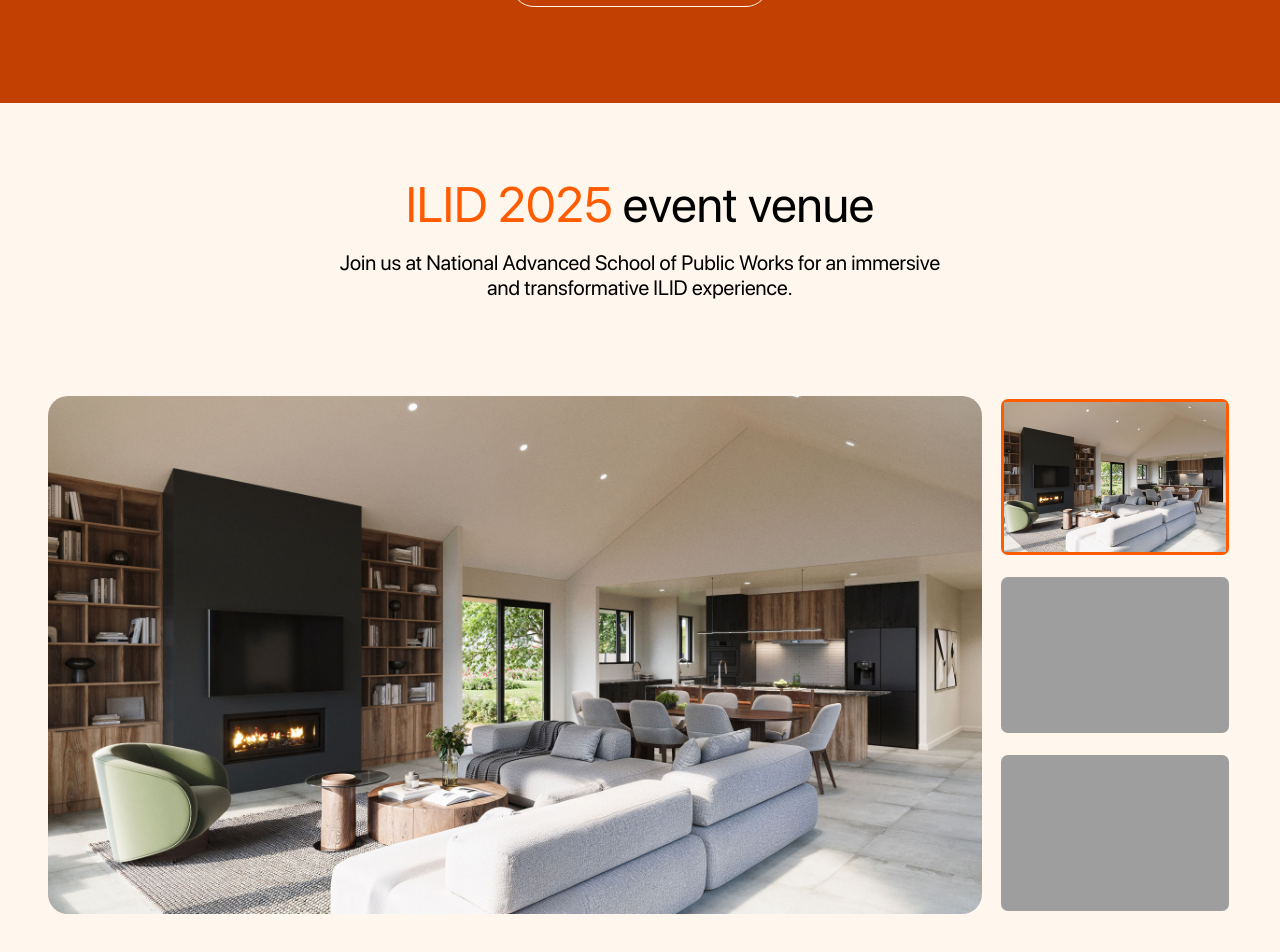
Repository: ilidevent/ilidwebsite
Page: /
An editor plug-in stored every save of this project. The page is shown before and after a run of saves, followed by the edit.
The browser window is 1280 px wide. The pictures show the part of the page from y = 4052 to 5004 px (the page is 5209 px tall).
Pictures or frames that could not be fetched are drawn as grey boxes. The project was rebuilt for these pictures with package versions that can differ from the ones it lists, and the page was loaded fresh each time. The framework's server and built-in components were replaced by stand-ins that run in the browser. Also part of the build but not shown: next.config.ts.

Above is the page before, as saved 2025-03-13 21:21:14.

After the next 14 saves:
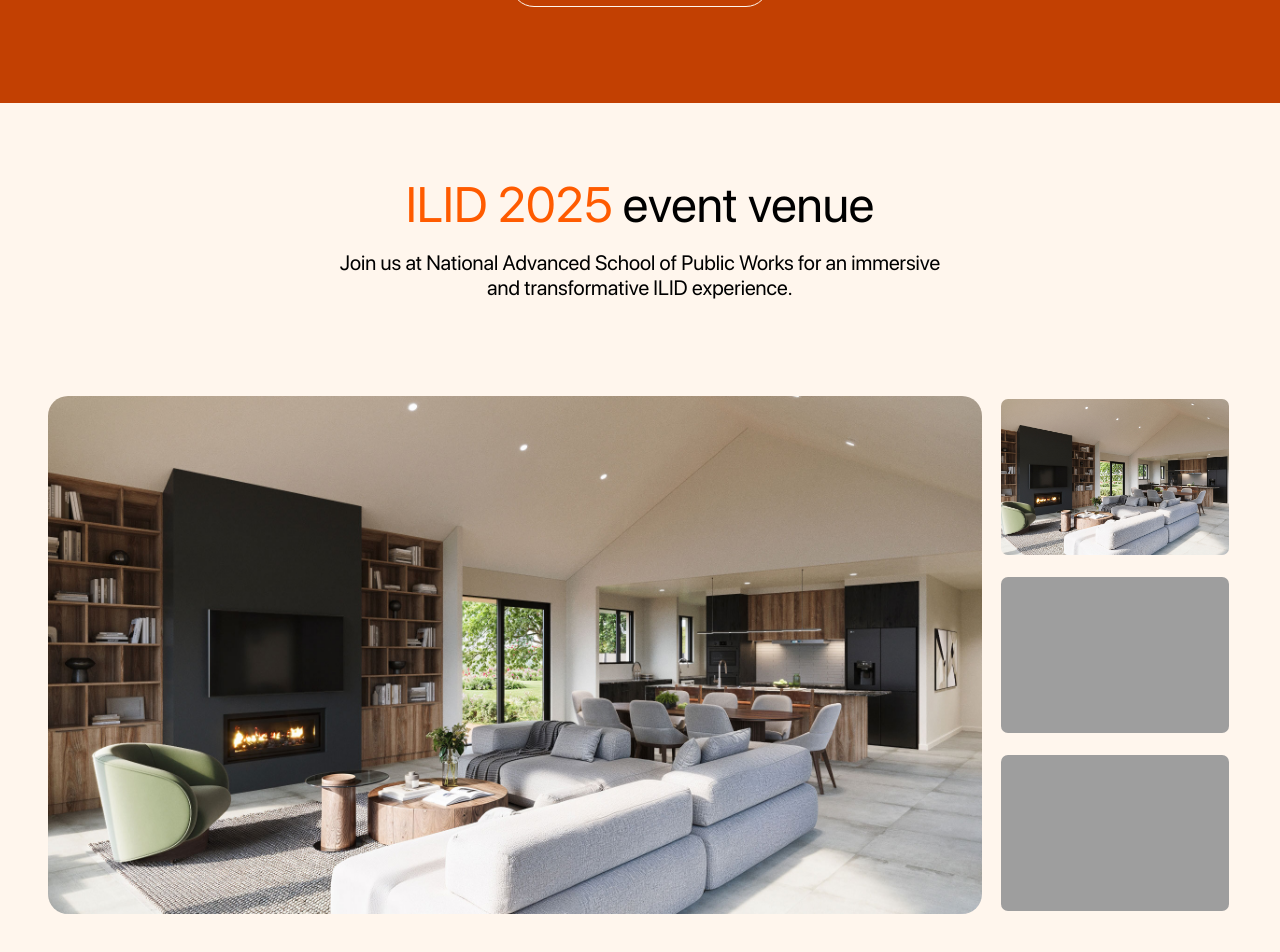
The 14 saves are shown as one change because 2 did not build or start and some came seconds apart.
The last was saved 52 s later.
--- a/components/ReUsables/VenueWrapper.tsx
+++ b/components/ReUsables/VenueWrapper.tsx
@@ -43,11 +43,13 @@ const VenueWrapper = () => {
       </div>
       <div className={styles.venue__right}>
         {venueImages.map((data, i) => (
-          <div className={styles.ivenue__wrapper}>
+          <div
+            className={`${styles.ivenue__wrapper} ${
+              activeImage === i ? styles.active__image : ""
+            }`}
+          >
             <div
-              className={`${styles.venueimagetwo} ${
-                activeImage === i ? styles.active__image : ""
-              }`}
+              className={`${styles.venueimagetwo}`}
               key={data.id}
               onClick={() => setActiveImage(i)}
             >
